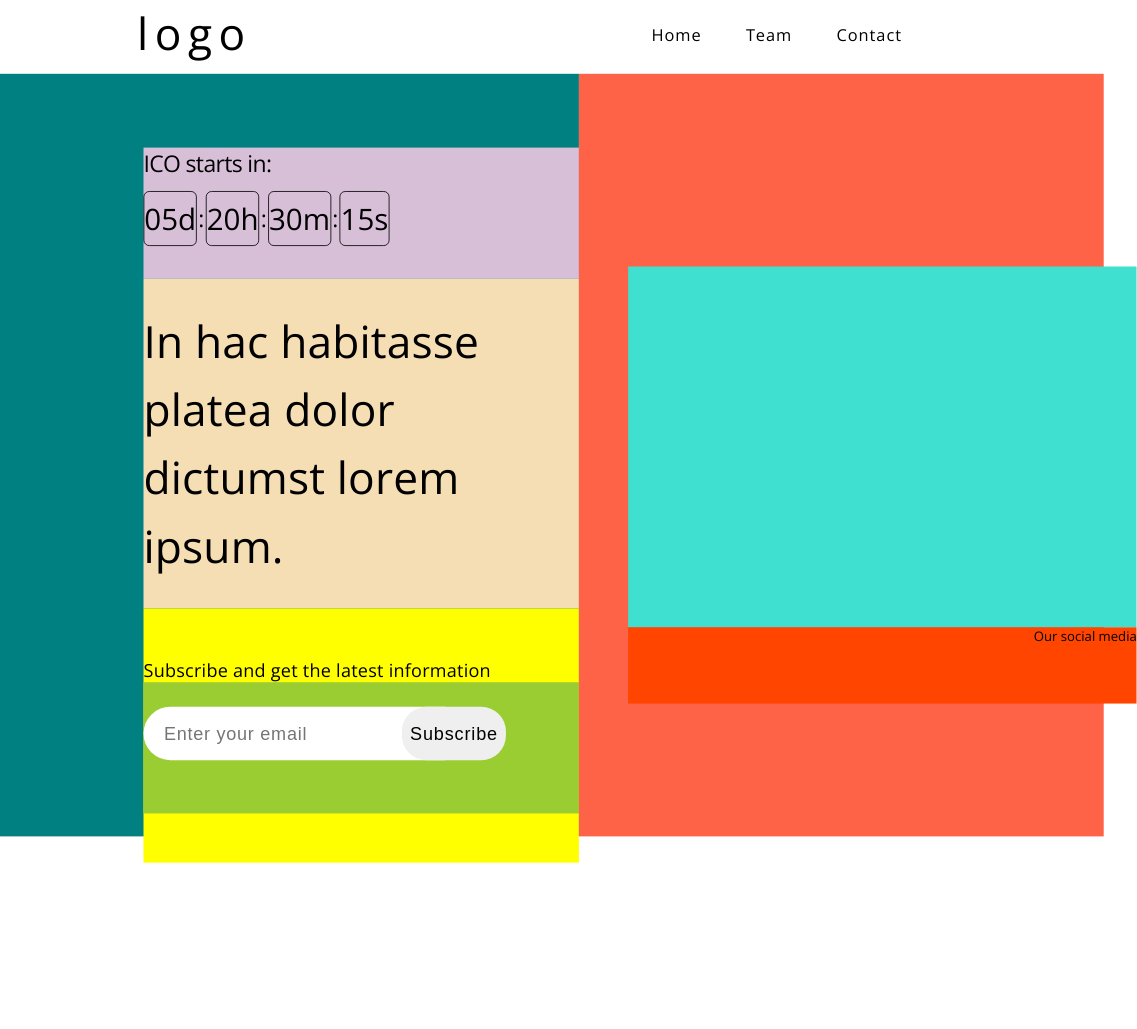
Repository: McGregorSt/newOne
Page: index.html
These files come from the project's save history. The page is drawn as it stood at one moment and after the next save; the edit follows.
The browser window is 1280 px wide. The page is 1386 px wide, so the pictures cover 1386 px, including what lies to the right of the window. The pictures show the whole page, at 82% of full size.

Above is the page before, as saved 2019-12-13 18:59:43.

### index.html
<!DOCTYPE html>
<html lang="en">
<head>
  <meta charset="UTF-8">
  <meta name="viewport" content="width=device-width, initial-scale=1.0">
  <meta http-equiv="X-UA-Compatible" content="ie=edge">
  <link rel="stylesheet" href="css/style.css">
  <link href="https://fonts.googleapis.com/css?family=Open+Sans:300,300i,400,400i,600,600i,700,700i,800,800i&display=swap" rel="stylesheet">
  <title>Ethworks</title>
</head>
<body>
  <div class="container">
    <section class="header">
      <div class="logo">logo</div>
      <ul class="menu">
        <li class="menu__item">Home</li>
        <li class="menu__item">Team</li>
        <li class="menu__item">Contact</li>
      </ul>
    </section>
    <section class="main">
      <div class="subs">
        <div class="subs__timer">
          <span class="subs__timer__header">ICO starts in:</span>
          <div class="subs__timer__global">
            <div class="subs__timer__item">05d</div>
            <div class="subs__timer__item">:</div>
            <div class="subs__timer__item">20h</div>
            <div class="subs__timer__item">:</div>
            <div class="subs__timer__item">30m</div>
            <div class="subs__timer__item">:</div>
            <div class="subs__timer__item">15s</div>
          </div>
        </div>
        <div class="subs__article">In hac habitasse platea dolor dictumst lorem ipsum.</div>
        <div class="subs__email">
          <span class="subs__email__header">Subscribe and get the latest information</span>
          <div class="subs__email__content">
            <input type="email" class="subs__email__input" placeholder="Enter your email">
            <button type="submit" class="subs__email__button">Subscribe</button>
          </div>
        </div>
      </div>
      <div class="media">
        <div class="media__media">
          <div class="media__player"></div>
          <div class="media__social">
            <span class="media__social__header">Our social media</span>
            <div class="media__social__tt"></div>
            <div class="media__social__fb"></div>
            <div class="media__social__md"></div>
            <div class="media__social__gh"></div>
            <div class="media__social__mail"></div>
          </div>
        </div>
      </div>
    </section>
    <section class="team"></section>
    <section class="footer"></section>
  </div>
</body>
<script src="js/app.js">


</script>
</html>

### css/style.css
body {
  margin: 0;
  padding: 0;
  box-sizing: border-box;
  font-family: 'Open Sans', sans-serif;
  overflow-y: scroll;
}
/* section header */
.header {
  height: 95px;
  margin: auto;
  margin-top: -5px;
  display: flex;
  justify-content: space-between;
  align-items: center;
  padding: 0 180px;
}
.logo {
  margin-left: -13px;
  margin-top: -5px;
  font-size: 54px;
  letter-spacing: 8px;
}
.menu {
  list-style: none;
  display: flex;
  letter-spacing: 1.15px;
  /* font-weight: 300; */
  /* justify-content: space-between; */
  font-size: 20px;
}
.menu__item {
  padding: 0 0 0 54px;
}


/* section main */
.main {
  height: 930px;
  display: flex;
}
.subs {
  width: 50%;
  font-size: 28px;
  background-color: teal;
  display: flex;
  flex-direction: column;
  padding: 90px 0 60px 175px;
}
.subs__timer {
  background-color: thistle;
}
.subs__timer__header {
  letter-spacing: -0.8px;
}
.subs__timer__global {
  width: 56.4%;
  display: flex;
  justify-content: space-between;
  padding: 15px 0 40px 0 ;
}
.subs__timer__item {
  width: 88px;
  height: 65px;
  display: flex;
  justify-content: center;
  align-items: center;
}
.subs__timer__item:nth-child(2n+2) {

}
.subs__timer__item:nth-child(2n+1) {
  width: 40%;
  border: 1px solid #000;
  font-size: 36px;
  border-radius: 7px;
}
.subs__article {
  font-size: 54px;
  letter-spacing: 0.2px;
  line-height: 83px;
  padding: 35px 0;
  background-color: wheat;

}
.subs__email {
  background-color: yellow;
  display: flex;
  flex-direction: column;
  font-size: 22px;
  letter-spacing: 0.3px;
  padding: 60px 0;
}
.subs__email__content {
  background-color: yellowgreen;
  height: 100px;
  padding: 30px 0;
}
.subs__email__input {
  height: 63%;
  width: 70%;
  border-radius: 40px;
  font-size: 22px;
  padding-left: 25px;
  letter-spacing: 0.9px;
  outline: none;
  border: 0;
}
.subs__email__input::placeholder {
  /* padding-left: 25px; */
}
.subs__email__button {
  height: 65%;
  width: 24%;
  margin-left: -90px;
  font-size: 22px;
  letter-spacing: 1.05px;
  border: 0;
  border-radius: 30px;
}

.media {
  /* height: 80%; */
  width: 50%;
  background-color: tomato;
}
.media__media {
  height: 100%;
  /* display: flex;
  flex-direction: column; */
  /* justify-content: space-around; */
  padding: 235px 0 0 60px;
}
.media__player {
  width: 620px;
  height: 440px;
  background-color: turquoise;
}
.media__social {
  width: 620px;
  height: 10%;
  display: flex;
  flex-direction: column;
  align-items: flex-end;
  background-color: orangered;
}




/*
  section team
*/


/* section footer */

### js/app.js
let chi = document.querySelectorAll('.subs__timer__global:nth-child(2n+1)')
console.log(chi)

After the next save:
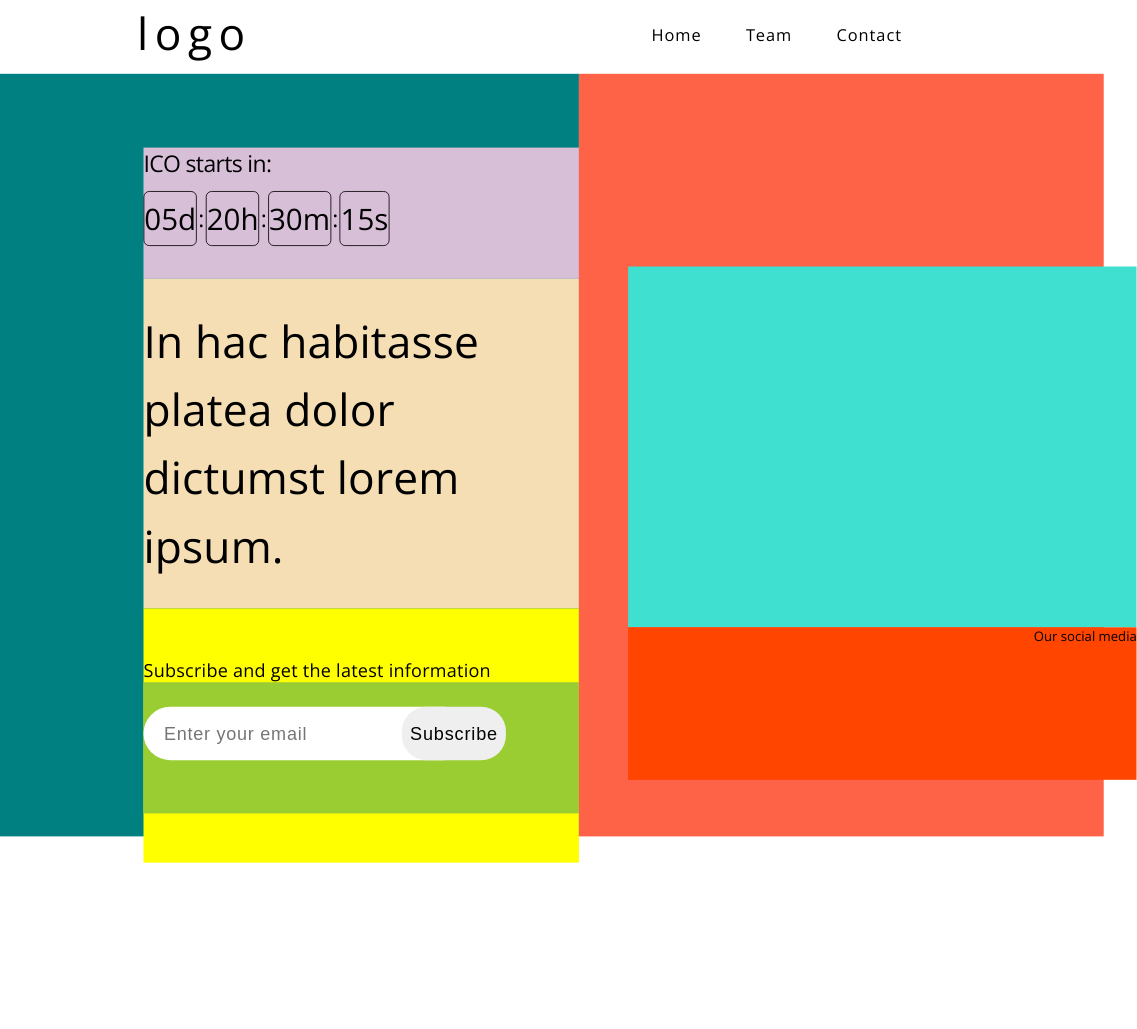
Saved 13 s later.
--- a/css/style.css
+++ b/css/style.css
@@ -138,7 +138,7 @@ body {
 }
 .media__social {
   width: 620px;
-  height: 10%;
+  height: 20%;
   display: flex;
   flex-direction: column;
   align-items: flex-end;
